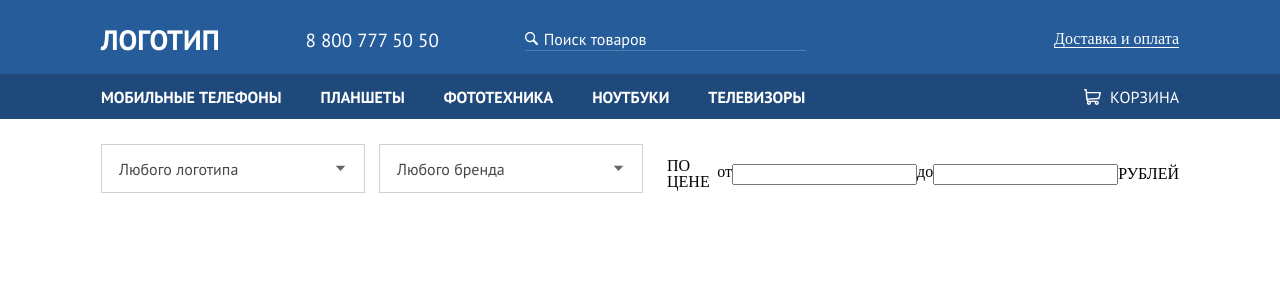
Repository: sem1103/WEBCompany
Page: index.html
An editor plug-in stored every save of this project. The page is shown before and after the next save, followed by the edit.
The browser window is 1280 px wide. The pictures show the whole page.

Above is the page before, as saved 2024-01-11 21:32:16.

### index.html
<!DOCTYPE html>
<html lang="en">

<head>
    <meta charset="UTF-8">
    <meta name="viewport" content="width=device-width, initial-scale=1.0">
    <title>Интернет магазин</title>

    <link rel="preconnect" href="https://fonts.googleapis.com">
    <link rel="preconnect" href="https://fonts.gstatic.com" crossorigin>
    <link href="https://fonts.googleapis.com/css2?family=PT+Sans:wght@400;700&display=swap" rel="stylesheet">

    <link rel="stylesheet" href="styles/reset.css">
    <link rel="stylesheet" href="styles/main.css">
</head>

<body>
    <div id="page">
        <header>
            <div class="container">
                <div class="header__logo">
                    <span>ЛОГОТИП</span>
                </div>
                <p class="phone__number"><a href="tel:+78007775050">8 800 777 50 50</a></p>
                <div class="search__items">
                    <button>
                        <svg xmlns="http://www.w3.org/2000/svg" width="13" height="13" viewBox="0 0 13 13" fill="none">
                            <path
                                d="M8.68135 1.48741C6.69814 -0.495804 3.4703 -0.495804 1.48709 1.48741C-0.495696 3.47106 -0.495696 6.69846 1.48709 8.6821C3.2532 10.4478 6.00382 10.6369 7.98574 9.25819C8.02744 9.45553 8.12289 9.64383 8.27637 9.79731L11.1646 12.6855C11.5855 13.1055 12.2656 13.1055 12.6843 12.6855C13.1048 12.265 13.1048 11.5849 12.6843 11.1657L9.79613 8.27669C9.64351 8.1245 9.45477 8.02863 9.25744 7.98692C10.6371 6.00457 10.4479 3.25438 8.68135 1.48741ZM7.76949 7.77024C6.28885 9.25089 3.87916 9.25089 2.39895 7.77024C0.919166 6.2896 0.919166 3.88034 2.39895 2.3997C3.87916 0.919489 6.28885 0.919489 7.76949 2.3997C9.25013 3.88034 9.25013 6.2896 7.76949 7.77024Z"
                                fill="white" />
                        </svg>
                    </button>
                        <input type="text" name="itemName" placeholder="Поиск товаров">

                </div>
                <p class="delivery"><a href="">Доставка и оплата</a></p>
                <a href="" class="mobile__cart">
                    <svg xmlns="http://www.w3.org/2000/svg" width="21" height="20" viewBox="0 0 21 20" fill="none">
                        <path d="M20.1372 3.64139H3.71775L3.47368 0.816059C3.43376 0.354025 3.0611 0 2.61469 0H0.862433C0.386124 0 0 0.401223 0 0.896159C0 1.39109 0.386124 1.79232 0.862433 1.79232H1.82622C2.35292 7.8897 0.991675 -7.86977 2.81815 13.2755C2.88854 14.1031 3.31889 15.0012 4.06025 15.6114C2.72361 17.3851 3.94489 20 6.11917 20C7.92379 20 9.19662 18.1298 8.57776 16.3584H13.298C12.6799 18.1275 13.95 20 15.7566 20C17.1983 20 18.3713 18.7812 18.3713 17.2831C18.3713 15.7849 17.1983 14.5661 15.7566 14.5661H6.125C5.46988 14.5661 4.89899 14.1554 4.65258 13.557L18.4354 12.7153C18.8117 12.6924 19.13 12.4181 19.2215 12.0381L20.9739 4.75489C21.1097 4.19014 20.6983 3.64139 20.1372 3.64139ZM6.11917 18.2077C5.62857 18.2077 5.22939 17.7929 5.22939 17.2831C5.22939 16.7732 5.62857 16.3584 6.11917 16.3584C6.60981 16.3584 7.009 16.7732 7.009 17.2831C7.009 17.7929 6.60981 18.2077 6.11917 18.2077ZM15.7565 18.2077C15.2659 18.2077 14.8667 17.7929 14.8667 17.2831C14.8667 16.7732 15.2659 16.3584 15.7565 16.3584C16.2472 16.3584 16.6464 16.7732 16.6464 17.2831C16.6464 17.7929 16.2472 18.2077 15.7565 18.2077ZM17.7018 10.9648L4.42042 11.7758L3.87257 5.43367H19.0326L17.7018 10.9648Z" fill="white"/>
                      </svg>
                </a>
            </div>

            <nav>
                <ul class="container">
                    <li><a href="">МОБИЛЬНЫЕ ТЕЛЕФОНЫ</a></li>
                    <li><a href="">ПЛАНШЕТЫ</a></li>
                    <li><a href="">ФОТОТЕХНИКА</a></li>
                    <li><a href="">НОУТБУКИ</a></li>
                    <li><a href="">ТЕЛЕВИЗОРЫ</a></li>

                    <li class="desc__cart"><a href="">
                       <svg xmlns="http://www.w3.org/2000/svg" width="17" height="16" viewBox="0 0 17 16" fill="none">
                            <path d="M16.3015 2.91311H3.0096L2.81202 0.652847C2.77971 0.28322 2.47804 0 2.11666 0H0.69816C0.312576 0 0 0.320979 0 0.716927C0 1.11288 0.312576 1.43385 0.69816 1.43385H1.47837C1.90475 6.31176 0.802785 -6.29581 2.28136 10.6204C2.33834 11.2825 2.68672 12.0009 3.28687 12.4891C2.20482 13.9081 3.19349 16 4.95361 16C6.4145 16 7.44488 14.5038 6.9439 13.0868H10.765C10.2647 14.502 11.2928 16 12.7553 16C13.9224 16 14.872 15.0249 14.872 13.8264C14.872 12.628 13.9224 11.6529 12.7553 11.6529H4.95834C4.428 11.6529 3.96585 11.3243 3.76638 10.8456L14.9239 10.1723C15.2285 10.1539 15.4862 9.93446 15.5603 9.63048L16.9789 3.80391C17.0888 3.35211 16.7558 2.91311 16.3015 2.91311ZM4.95361 14.5661C4.55646 14.5661 4.23331 14.2343 4.23331 13.8264C4.23331 13.4186 4.55646 13.0868 4.95361 13.0868C5.3508 13.0868 5.67395 13.4186 5.67395 13.8264C5.67395 14.2343 5.3508 14.5661 4.95361 14.5661ZM12.7553 14.5661C12.3581 14.5661 12.035 14.2343 12.035 13.8264C12.035 13.4186 12.3581 13.0868 12.7553 13.0868C13.1525 13.0868 13.4756 13.4186 13.4756 13.8264C13.4756 14.2343 13.1525 14.5661 12.7553 14.5661ZM14.33 8.77181L3.57844 9.42062L3.13494 4.34693H15.4073L14.33 8.77181Z" fill="white"/>
                          </svg>
                        КОРЗИНА</a></li>
                </ul>
            </nav>
        </header>

        <main>
            <div class="filter-title container">
                <div  id="logo__filter" class="filter">
                    <p class="display"></p>
                    <div class="list"></div>
                </div>

                <div  id="brand__filter" class="filter">
                    <p class="display"></p>
                    <div class="list"></div>
                </div>

                <div class="price__filter">
                    <p>ПО ЦЕНЕ</p>

                    <div class="price__from">
                        <p>от</p>
                        <input type="number" name="fromPrice" >
                    </div>
                    <div class="price__to">
                        <p>до</p>
                        <input type="number" name="toPrice" >

                    </div>
                    <p>РУБЛЕЙ</p>
                </div>
            </div>
        </main>

    </div>


    <script>
        document.addEventListener('DOMContentLoaded', ()=>{
            const logoList = [
                'Любого логотипа',
                'Компакт-камера',
                'Беззеркальная',
                'Зеркальная',
                'Среднеформатная'
            ]
            const brandList = [
                'Любого бренда',
                'Canon',
                'Nikon',
                'Sony',
                'Fujifilm',
                'Samsung',
                'Olympus'
            ]

            const logoFilter = document.getElementById('logo__filter');
            const brandFilter = document.getElementById('brand__filter');



            function setFilter(array, filter){
                const display = filter.querySelector('.display');
                const list = filter.querySelector('.list');
                display.innerText = array[0];

                array.forEach(item => {
                    let p = document.createElement('p');
                    p.innerText = item;
                    p.onclick = ()=>{
                        changeListFilter(filter,list, p.innerText);
                    };
                    list.append(p);
                    if(display.innerText == item){
                       p.style.display = 'none';
                    }
                });
                display.onclick = ()=>{
                    showHideList(filter,list);
                };
            }

            function showHideList(filter,list){
                filter.classList.toggle('active__list');
            }

            function changeListFilter(filter, list, name){
                const listItems = list.querySelectorAll('p');
                const display = filter.querySelector('.display');
                display.innerText = name;
                listItems.forEach(item =>{
                    item.style.display = 'block';
                    if(display.innerText == item.innerText) item.style.display = 'none'
                })
                showHideList(filter, list)

            }

            setFilter(logoList, logoFilter);
            setFilter(brandList, brandFilter);

        })
    </script>
</body>

</html>

### styles/reset.css
:root{
    --blue: #265C9A;
    --darkBlue: #1F497B;
    --yellow: #FBFF3D;
    --fontPT: 'PT Sans'
 }
html{
    scroll-behavior: smooth;
}
html,
body,
div,
span,
applet,
object,
iframe,
h1,
h2,
h3,
h4,
h5,
h6,
p,
blockquote,
pre,
a,
abbr,
acronym,
address,
big,
cite,
code,
del,
dfn,
em,
img,
ins,
kbd,
q,
s,
samp,
small,
strike,
strong,
sub,
sup,
tt,
var,
b,
u,
i,
center,
dl,
dt,
dd,
ol,
ul,
li,
fieldset,
form,
label,
legend,
table,
caption,
tbody,
tfoot,
thead,
tr,
th,
td,
article,
aside,
canvas,
details,
embed,
figure,
figcaption,
footer,
header,
hgroup,
menu,
nav,
output,
ruby,
section,
summary,
time,
mark,
audio,
video {
    margin: 0;
    padding: 0;
    border: 0;
    font-size: 100%;
    font: inherit;
    vertical-align: baseline
}

article,
aside,
details,
figcaption,
figure,
footer,
header,
hgroup,
menu,
nav,
section {
    display: block
}

body {
    line-height: 1;
}

ol,
ul {
    list-style: none
}

blockquote,
q {
    quotes: none
}

blockquote:before,
blockquote:after,
q:before,
q:after {
    content: '';
    content: none
}

table {
    border-collapse: collapse;
    border-spacing: 0
}

a {
    text-decoration: none;
    color: inherit;
    transition: all .3s ease-in-out
}

a:hover {
    color: #365edc;
}

* {
    box-sizing: border-box
}

main img{
    width: 100%;
    height: auto;
}

### styles/main.css


.container{
    max-width: 1078px;
    margin: 0 auto;
}
header{
    background: var(--blue);
}
nav{
    background: var(--darkBlue);
}
header > div{
    display: flex;
    align-items: center;
    padding: 21px 0 16px 0;
}
header a:hover{
    color: var(--yellow);
}
.header__logo span{
    font:700 28px var(--fontPT);
    color: #fff;
}
.phone__number{
    margin: 0 86px;
    font: 19px var(--fontPT);
    color: #fff;
}
.search__items{
    border-bottom: 1px solid #517DAE;
    max-width: 281px;
    width: 100%;
}
.search__items button{
    background-color: transparent;
    border: 0;
    padding: 0;
    margin: 0;
    cursor: pointer;
}
.search__items input{
    font: 16px var(--fontPT);
    background-color: transparent;
    border: 0;
    outline: 0;
    color: #fff;
}
.search__items input::placeholder{
    color: #fff;
}
.delivery{
    margin: 0 0 0 auto;
    color: #fff;
    border-bottom: 1px solid #fff;
}


.mobile__cart{
    display: none;
}


nav ul{
    display: flex;
    color: #fff;
    padding: 13px 0 12px 0;
}
nav li{
    margin: 0 39px 0 0;
    font: 700 16px var(--fontPT);
}
.desc__cart{
    margin: 0 0 0 auto;
    font-weight: 400;
}
.desc__cart a{
    display: flex;
    align-items: center;
}
.desc__cart svg{
    margin: 0 9px 0 0 ;
}


/*Filter*/
.filter-title{
    padding: 25px 0 23px 0;
    display: flex;
    align-items: start;
}
.price__filter{
    display: flex;
    align-items: center;

}

.filter{
    font: 16px var(--fontPT);
    color: #484848;
    cursor: pointer;
    max-width: 264px;
    width: 100%;
    outline: 0;
    border: 1px solid #D0D0D0;
    overflow: hidden;
    position: relative;
}

#brand__filter{
    margin: 0 24px 0 14px;
}
.display{
    padding: 14px 0 12px 0;
    border-bottom: 1px solid transparent;
    margin: 0 17px;
    position: relative;
}
.display::after{
    content: '';
    width: 13px;
    height: 12px;
    background-image: url("data:[embedded picture, 195 characters]");
    display: block;
    position: absolute;
    right: 0;
    top: 50%;
    transform: translateY(-50%);
    transition: all .3s ease-in-out;
}

.list{
    display: none;
    margin: 7px 0;
}
.list p{
    cursor: pointer;
    transition: all .3s ease-in-out;
    padding: 7px 17px;
}
.list p:hover{
    background: #E8EEFF;
}
.active__list{
    box-shadow: 0px 0px 6px 0px rgba(0, 0, 0, 0.15);
}
.active__list .list{
    display: block;
}
.active__list .display{
    border-color: #D0D0D0;
}

.active__list .display::after{
    transform: translateY(-50%) rotate(180deg);
}


.price__filter{
    padding: 14px 0 13px 0;
}
.price__from, .price__to{
    display: flex;
}

After the next save:
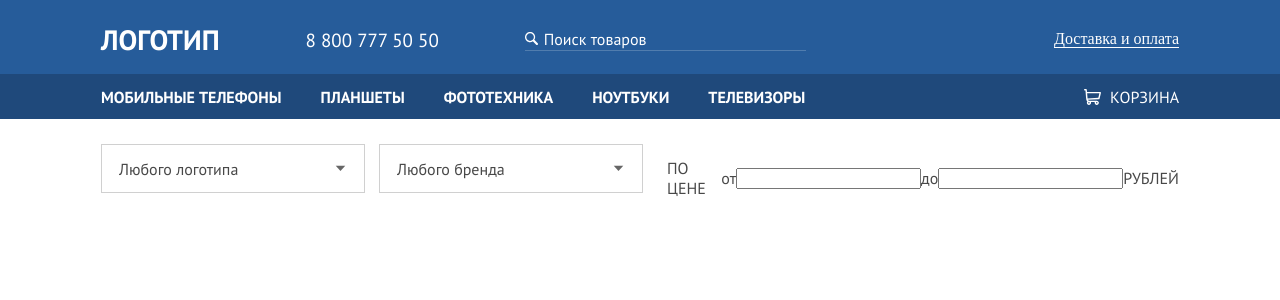
Saved 2 min 44 s later.
--- a/styles/main.css
+++ b/styles/main.css
@@ -89,6 +89,10 @@ nav li{
     display: flex;
     align-items: start;
 }
+.filter-title p{
+    color: #484848;
+    font: 16px var(--fontPT);
+}
 .price__filter{
     display: flex;
     align-items: center;
